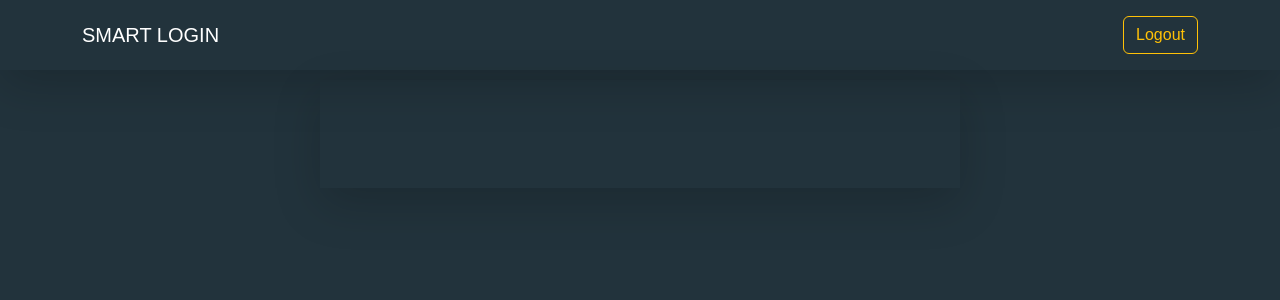
Repository: bodajava/TASK-4
Page: theerdIndex.html
These files come from the project's save history. The page is drawn as it stood at one moment and after the next save; the edit follows.
The browser window is 1280 px wide. The pictures show the whole page.

Above is the page before, as saved 2025-06-18 19:57:32.
Console error: TypeError: welcome is not a function

After the next save:
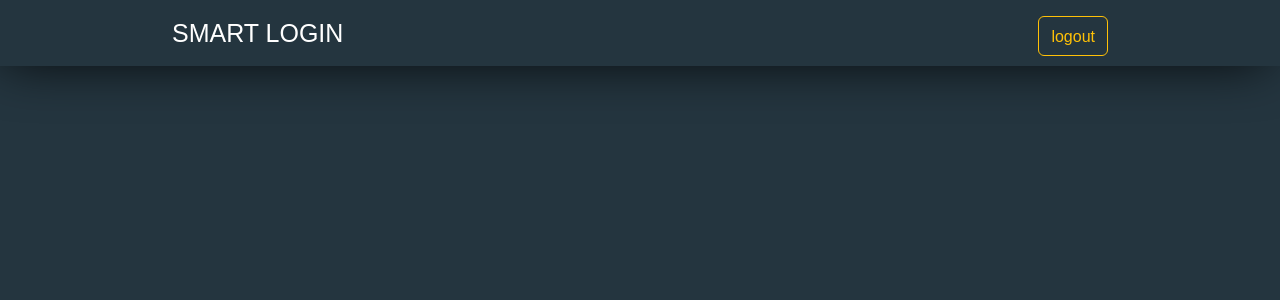
The error is gone.
Saved 94 s later.
--- a/theerdIndex.html
+++ b/theerdIndex.html
@@ -8,30 +8,41 @@
     <meta name="viewport" content="width=device-width, initial-scale=1.0" />
     <title>Document</title>
   </head>
-  <body class="bg-22333c" onload="welcome()">
-    <nav class="shadow-lg position-relative">
-      <div
-        class="container py-3 d-flex align-content-center justify-content-between align-items-center"
+  <body>
+    <div id="container" class="container-fluid">
+      <nav
+        id="nav"
+        class="container navbar navbar-expand-lg bg-body-tertiary pt-0 pb-0"
       >
-        <div class="logo">
-          <a href="#">SMART LOGIN</a>
+        <div class="container-fluid">
+          <a id="margen" class="navbar-brand" href="#">SMART LOGIN</a>
+
+          <button
+            class="navbar-toggler"
+            type="button"
+            data-bs-toggle="collapse"
+            data-bs-target="#navbarSupportedContent"
+            aria-controls="navbarSupportedContent"
+            aria-expanded="false"
+            aria-label="Toggle navigation"
+          >
+            <span class="navbar-toggler-icon"></span>
+          </button>
+
+          <div class="collapse navbar-collapse" id="navbarSupportedContent">
+            <ul class="navbar-nav ms-auto mb-2 mb-lg-0">
+              <li>
+                <a
+                  class="pt-2 mt-3 btn btn-outline-warning w-100 d-flex align-items-center"
+                  href=""
+                  >logout</a
+                >
+              </li>
+            </ul>
+          </div>
         </div>
-        <div class="log">
-          <a
-            href="index.html"
-            class="btn btn-outline-warning text-decoration-none"
-            >Logout</a
-          >
-        </div>
-      </div>
-    </nav>
-    <section
-      class="home d-flex flex-column justify-content-center align-items-center"
-    >
-      <div class="smart-app w-50 shadow-lg">
-        <h1 id="welcome" class="text-info opacity-75 text-capitalize"></h1>
-      </div>
-    </section>
+      </nav>
+    </div>
 
     <script src="js/bootstrap.bundle.min.js"></script>
     <script src="js/index.js"></script>
